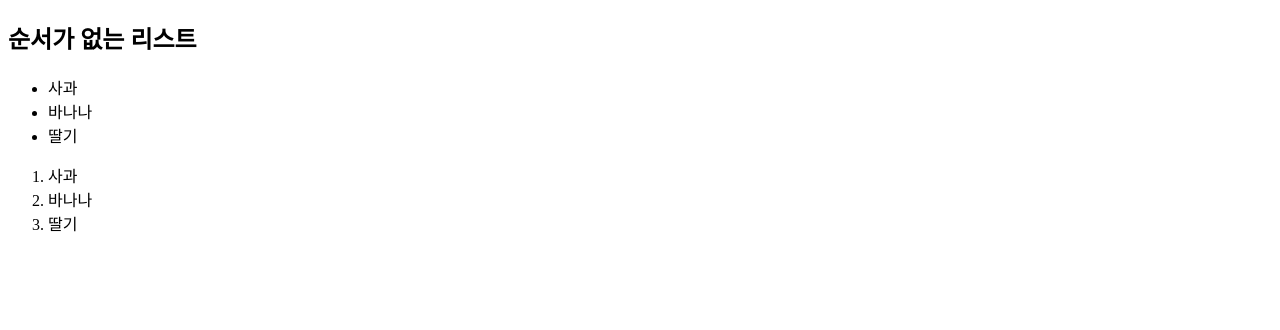
Repository: XenosJM/WEB_CODES
Page: Web01_HTML/src/main/webapp/05_list.html
The author's editor kept a copy of each file at every save. The page is drawn from the files as they stood at one save, then again after the next save.
The browser window is 1280 px wide. The pictures show the whole page.

Above is the page before, as saved 2024-03-19 03:41:41.

### Web01_HTML/src/main/webapp/05_list.html
<!DOCTYPE html>
<html>
<head>
<meta charset="UTF-8">
<title>HTML List</title>
</head>
<body>
	<!--
		* HTML List
		- Unordered List : 순서가 없는 리스트
		- Ordered List : 순서가 있는 리스트
		- Definition List : 사전식 리스트
	 -->

	 <h2>순서가 없는 리스트 </h2>
	 <ul>
	 	<li>사과</li>
	 	<li>바나나</li>
	 	<li>딸기</li>
	 </ul>

	 <ol>
	 	<li>사과</li>
	 	<li>바나나</li>
	 	<li>딸기</li>
	 </ol>

</body>
</html>

After the next save:
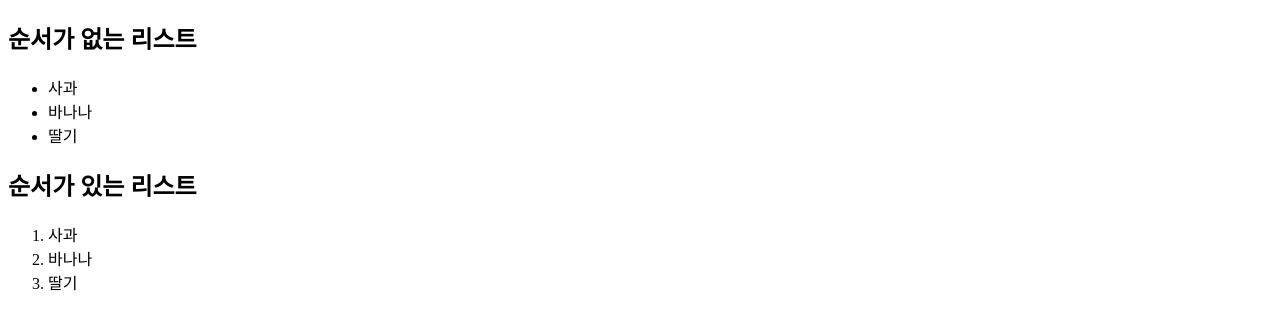
Saved 30 s later.
--- a/Web01_HTML/src/main/webapp/05_list.html
+++ b/Web01_HTML/src/main/webapp/05_list.html
@@ -19,11 +19,12 @@
 	 	<li>딸기</li>
 	 </ul>
 
-	 <ol>
-	 	<li>사과</li>
-	 	<li>바나나</li>
-	 	<li>딸기</li>
-	 </ol>
+	<h2>순서가 있는 리스트 </h2>
+	<ol>
+		<li>사과</li>
+		<li>바나나</li>
+		<li>딸기</li>
+	</ol>
 
 </body>
 </html>
